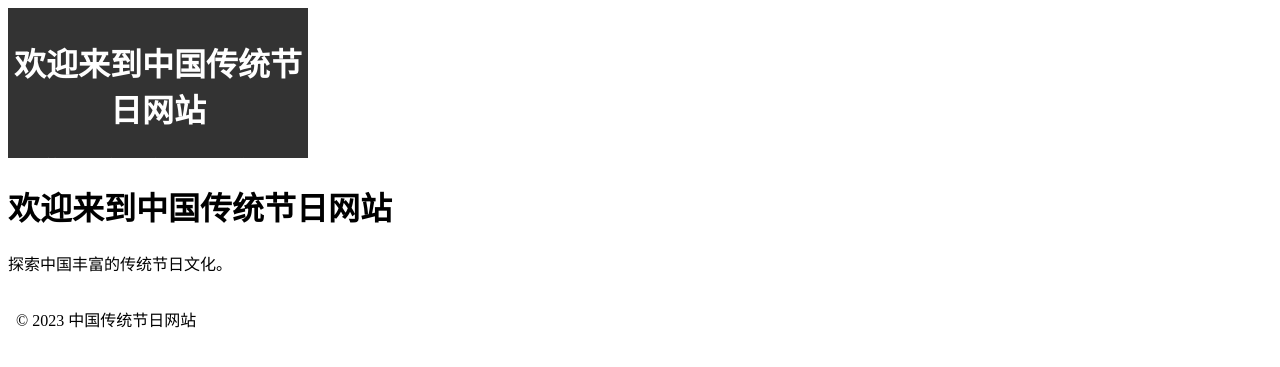
Repository: XueJie1/computer-operation-basics
Page: index.html
These files come from the project's save history. The page is drawn as it stood at one moment and after the next save; the edit follows.
The browser window is 1280 px wide. The pictures show the whole page.

Above is the page before, as saved 2023-08-30 13:56:27.

### index.html
<!DOCTYPE html>
<html lang="zh-CN">
<head>
    <meta charset="UTF-8">
    <meta name="viewport" content="width=device-width, initial-scale=1.0">
    <title>中国传统节日</title>
    <link type=""
</head>
<body>
    <div class="header"><embed src="pages/header.html"></embed></div>


    <main>
        <h1>欢迎来到中国传统节日网站</h1>
        <p>探索中国丰富的传统节日文化。</p>
        <!-- 在这里添加更多的首页内容 -->
    </main>

    <embed src="pages/footer.html"></embed>
</body>
</html>

### pages/header.html
<!DOCTYPE html>
<html lang="en">
<head>
    <meta charset="UTF-8">
    <meta name="viewport" content="width=device-width, initial-scale=1.0">
    <style>
        /* 添加全局样式，设置页面的基本样式 */
        body {
            font-family: Arial, sans-serif;
            margin: 0;
            padding: 0;
            background-color: #f2f2f2;
        }

        /* 样式化导航菜单 */
        header {
            background-color: #333;
            color: #fff;
            padding: 10px 0;
        }

        h1 {
            text-align: center;
        }

        nav ul {
            list-style-type: none;
            margin: 0;
            padding: 0;
            text-align: center;
        }

        nav ul li {
            display: inline;
            margin-right: 20px;
        }

        nav ul li a {
            text-decoration: none;
            color: #fff;
            font-weight: bold;
            font-size: 16px;
        }

        nav ul li a:hover {
            color: #ff9900; /* 鼠标悬停时的颜色 */
        }
    </style>
</head>
<body>
    <header>
        <h1>欢迎来到中国传统节日网站</h1>
        <!-- 这里放置你的网站导航菜单、标志等内容 -->
        <nav>
            <ul>
                <li><a href="#">首页</a></li>
                <li><a href="about.html">关于我们</a></li>
                <li><a href="contact.html">联系我们</a></li>
                <!-- 添加其他页面链接 -->
            </ul>
        </nav>
        </header>
</body>
</html>

### pages/footer.html
<!DOCTYPE html>
<html lang="en">
<head>
    <meta charset="UTF-8">
    <meta name="viewport" content="width=device-width, initial-scale=1.0">
</head>
<body>
    <footer>
        <!-- 这里放置你的页脚内容，如版权信息、社交媒体链接等 -->
        <p>&copy; 2023 中国传统节日网站</p>
    </footer>
</body>
</html>

### styles.css
embed {
    width: 100%;
    scrollbar-width: none;
}

.header

After the next save:
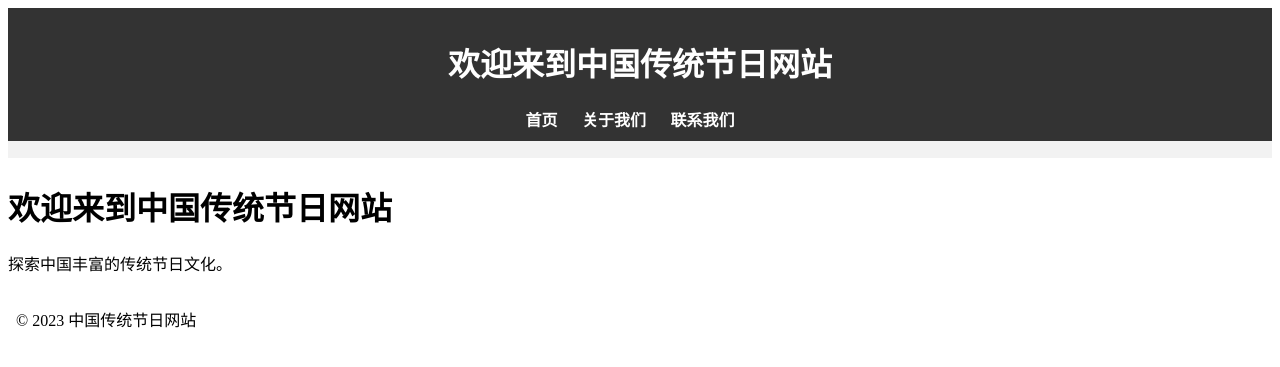
Saved 24 s later.
--- a/index.html
+++ b/index.html
@@ -4,7 +4,7 @@
     <meta charset="UTF-8">
     <meta name="viewport" content="width=device-width, initial-scale=1.0">
     <title>中国传统节日</title>
-    <link type=""
+    <link rel="stylesheet" type="text/css" href="styles.css" />
 </head>
 <body>
     <div class="header"><embed src="pages/header.html"></embed></div>
